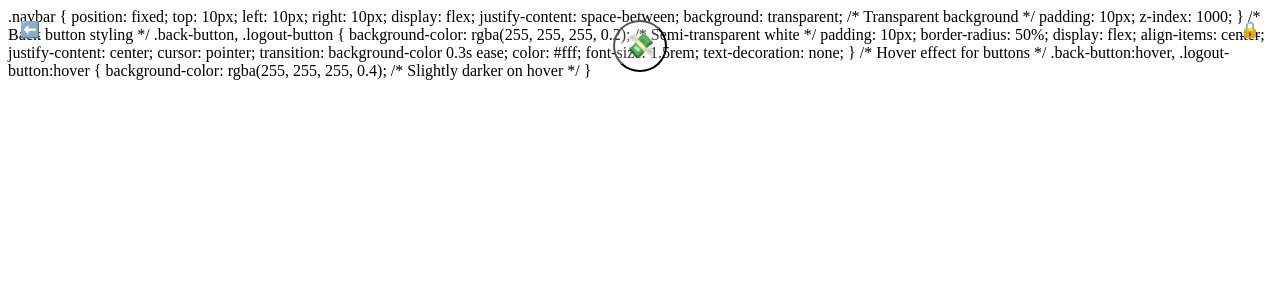
Repository: harutoNaiz/urban-mobility-system
Page: templates/navbar.html
The author's editor kept a copy of each file at every save. The page is drawn from the files as they stood at one save, then again after the next save.
The browser window is 1280 px wide. The pictures show the whole page.
The page is served by the project's application, run on Flask 3 (app.py). The template is opened directly, without the code that normally fills it, so the values that code supplies are empty.

Above is the page before, as saved 2024-11-13 21:55:03.

### templates/navbar.html
<nav class="navbar">
    <a href="javascript:history.back()" class="back-button">⬅️</a>
    <div class="payment-dropdown">
        <button class="payment-button">💸</button>
        <div class="payment-list">
            {% if payments %}
                {% for payment in payments %}
                    <div class="payment-item">
                        <span>{{ payment.PaymentDate.strftime('%Y-%m-%d') }}: </span>
                        <span>{{ payment.Amount }} {{ payment.PaymentMethod }}</span>
                    </div>
                {% endfor %}
            {% else %}
                <div class="payment-item">No payments yet.</div>
            {% endif %}
        </div>
    </div>
    <a href="{{ url_for('logout') }}" class="logout-button">🔒</a>
</nav>

<style>
    .navbar {
        position: fixed;
        top: 10px;
        left: 10px;
        right: 10px;
        display: flex;
        justify-content: space-between;
        background: transparent; /* Transparent background */
        padding: 10px;
        z-index: 1000;
    }

    .payment-dropdown {
        position: relative;
        display: inline-block;
    }

    .payment-button {
        background-color: rgba(255, 255, 255, 0.2);
        padding: 10px;
        border-radius: 50%;
        color: #fff;
        font-size: 1.5rem;
        cursor: pointer;
        transition: background-color 0.3s ease;
    }

    .payment-button:hover {
        background-color: rgba(255, 255, 255, 0.4);
    }

    .payment-list {
        display: none;
        position: absolute;
        top: 40px;
        right: 0;
        background-color: #fff;
        color: #000;
        min-width: 200px;
        padding: 10px;
        border-radius: 8px;
        box-shadow: 0 8px 16px rgba(0, 0, 0, 0.2);
        z-index: 1000;
    }

    .payment-dropdown:hover .payment-list {
        display: block;
    }

    .payment-item {
        padding: 5px 0;
        border-bottom: 1px solid #ddd;
    }

    .payment-item:last-child {
        border-bottom: none;
    }
</style>



.navbar {
    position: fixed;
    top: 10px;
    left: 10px;
    right: 10px;
    display: flex;
    justify-content: space-between;
    background: transparent; /* Transparent background */
    padding: 10px;
    z-index: 1000;
}

/* Back button styling */
.back-button, .logout-button {
    background-color: rgba(255, 255, 255, 0.2); /* Semi-transparent white */
    padding: 10px;
    border-radius: 50%;
    display: flex;
    align-items: center;
    justify-content: center;
    cursor: pointer;
    transition: background-color 0.3s ease;
    color: #fff;
    font-size: 1.5rem;
    text-decoration: none;
}

/* Hover effect for buttons */
.back-button:hover, .logout-button:hover {
    background-color: rgba(255, 255, 255, 0.4); /* Slightly darker on hover */
}

### app.py
from flask import Flask, render_template, request, redirect, url_for, jsonify, session
import pymysql
import json

# Import database config
# config.py
DB_CONFIG = {
    'host': 'localhost',
    'user': 'root',
    'password': '',
    'db': 'urban_mobility1',
    'charset': 'utf8mb4',
    'cursorclass': pymysql.cursors.DictCursor
}

app = Flask(__name__)
app.secret_key = 'your_secret_key'  # Set a secret key for the session

# Connect to the MySQL database
def get_db_connection():
    return pymysql.connect(**DB_CONFIG)

@app.context_processor
def inject_payments():
    user_id = session.get('user_id')
    payments = []
    if user_id:
        connection = get_db_connection()
        with connection.cursor() as cursor:
            cursor.execute("""
                SELECT Amount, PaymentDate, PaymentMethod
                FROM Payments
                WHERE UserID = %s
                ORDER BY PaymentDate DESC
                LIMIT 5
            """, (user_id,))
            payments = cursor.fetchall()
        connection.close()
    return {'payments': payments}


@app.route('/')
def index():
    return redirect(url_for('sign_in'))

# Sign-in page for existing users
@app.route('/sign_in', methods=['GET', 'POST'])
def sign_in():
    if request.method == 'POST':
        email = request.form['email']
        password = request.form['password']
        connection = get_db_connection()
        with connection.cursor() as cursor:
            cursor.execute("""
                SELECT * FROM Users
                WHERE JSON_UNQUOTE(JSON_EXTRACT(ContactInfo, '$.Email')) = %s
                AND Password = %s
            """, (email, password))

            user = cursor.fetchone()
        connection.close()

        if user:
            # Store the user ID in the session
            session['user_id'] = user['UserID']
            # Redirect to route selection page
            return redirect(url_for('select_route'))
        else:
            return "User not found", 404

    return render_template('sign_in.html')

# Register a new user
@app.route('/register', methods=['GET', 'POST'])
def register_user():
    if request.method == 'POST':
        name = request.form['name']
        phone = request.form['phone']
        email = request.form['email']
        password = request.form['password']
        preferred_transport = request.form['preferred_transport']

        # Create ContactInfo JSON
        contact_info = json.dumps({
            'Phone': phone,
            'Email': email
        })

        connection = get_db_connection()
        with connection.cursor() as cursor:
            sql = "INSERT INTO Users (Name, ContactInfo, PreferredTransportMode, Password) VALUES (%s, %s, %s, %s)"
            cursor.execute(sql, (name, contact_info, preferred_transport, password))
            new_user_id = cursor.lastrowid
            connection.commit()
        connection.close()

        # Store the new user ID in the session
        session['user_id'] = new_user_id

        # Redirect to the route selection page
        return redirect(url_for('sign_in'))

    return render_template('register.html')

# Route selection with congestion suggestion
@app.route('/select_route', methods=['GET', 'POST'])
def select_route():
    # Get the user ID from the session
    user_id = session.get('user_id')

    if request.method == 'POST':
        route_id = request.form['route_id']

        # Check congestion level for the selected route
        connection = get_db_connection()
        with connection.cursor() as cursor:
            cursor.execute("SELECT CheckTrafficWarning(%s) AS traffic_warning", (route_id,))
            traffic_warning = cursor.fetchone()['traffic_warning']
        connection.close()

        if traffic_warning:##########################
            return render_template('congestion_warning.html', traffic_warning=traffic_warning, route_id=route_id, user_id=user_id)
        else:
            return redirect(url_for('suggest_routes', route_id=route_id, user_id=user_id))

    # Fetch available routes for user
    connection = get_db_connection()
    with connection.cursor() as cursor:
        cursor.execute("SELECT * FROM Routes")
        routes = cursor.fetchall()
    connection.close()

    return render_template('select_route.html', routes=routes, user_id=user_id)

# Handle budget input and show options
@app.route('/suggest_routes', methods=['POST'])
def suggest_routes():
    # Get the user ID from the session
    user_id = session.get('user_id')

    if not user_id:
        return jsonify({'message': 'User not authenticated.'}), 401

    budget = float(request.form['budget'])
    route_id = int(request.form['route_id'])

    connection = get_db_connection()
    with connection.cursor() as cursor:
        sql = """
        SELECT Journeys.JourneyID, Journeys.TransportModeID, MIN(JourneyCost) AS Cost
        FROM Journeys
        WHERE RouteID = %s
        AND JourneyCost <= %s
        GROUP BY Journeys.JourneyID, Journeys.TransportModeID
        ORDER BY Cost
        """

        cursor.execute(sql, (route_id, budget))  # Use %s placeholders for parameters
        suggested_routes = cursor.fetchall()
    connection.close()

    # return render_template('payment.html', suggested_routes=suggested_routes)
    return render_template('payment.html', suggested_routes=suggested_routes, user_id=user_id)

@app.route('/process_booking', methods=['POST'])
def process_booking():
    # Get the user ID from the session
    user_id = session.get('user_id')

    if not user_id:
        return jsonify({'message': 'User not authenticated.'}), 401

    transport_mode_id = int(request.form['transport_mode_id'])
    journey_cost = float(request.form['cost'])
    payment_method = request.form['payment_method']

    connection = get_db_connection()
    with connection.cursor() as cursor:
        # Check capacity
        cursor.execute("SELECT Capacity, CurrentOccupancy FROM TransportModes WHERE TransportModeID = %s", (transport_mode_id,))
        transport_mode = cursor.fetchone()

        if transport_mode['CurrentOccupancy'] < transport_mode['Capacity']:
            # Get RouteID based on TransportModeID and ensure JourneyCost fits within budget
            cursor.execute("""
            SELECT RouteID FROM Routes
            WHERE TransportModeID = %s
            """, (transport_mode_id,))
            route = cursor.fetchone()

            if route:
                route_id = route['RouteID']

                # Proceed with booking
                cursor.execute("""
                INSERT INTO Journeys (RouteID, StartTime, JourneyCost, TransportModeID)
                VALUES (%s, NOW(), %s, %s)
                """, (route_id, journey_cost, transport_mode_id))
                connection.commit()

                # Update occupancy
                cursor.execute("UPDATE TransportModes SET CurrentOccupancy = CurrentOccupancy + 1 WHERE TransportModeID = %s", (transport_mode_id,))
                connection.commit()

                # Record payment
                cursor.execute("""
                INSERT INTO Payments (UserID, ProviderID, Amount, PaymentDate, PaymentMethod, DiscountApplied)
                VALUES (%s, (SELECT ProviderID FROM TransportModes WHERE TransportModeID = %s), %s, NOW(), %s, 0)
                """, (user_id, transport_mode_id, journey_cost, payment_method))
                connection.commit()
            else:
                return jsonify({'message': 'Route not found.'}), 404
        else:
            return jsonify({'message': 'Capacity exceeded. Booking failed.'}), 400

    connection.close()
    return jsonify({'message': 'Booking and payment successful!'}), 200

@app.route('/logout')
def logout():
    session.pop('user_id', None)  # Remove user ID from session
    return redirect(url_for('sign_in'))  # Redirect to sign-in page


if __name__ == '__main__':
    app.run(debug=True)

After the next save:
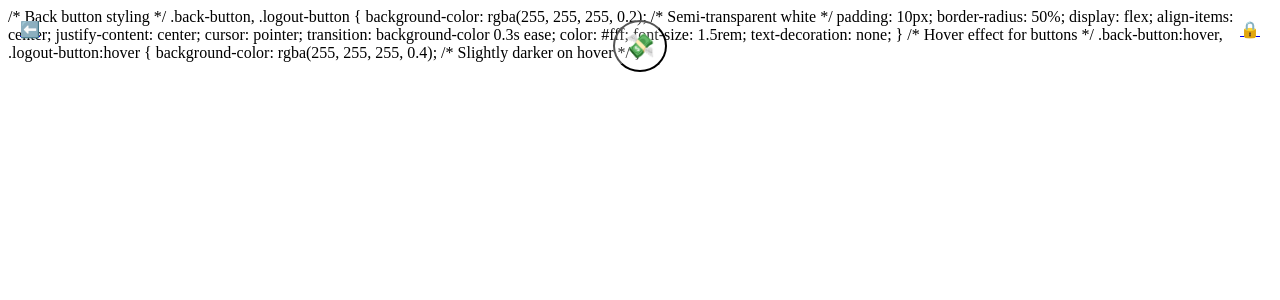
Saved 6 s later.
--- a/templates/navbar.html
+++ b/templates/navbar.html
@@ -80,17 +80,7 @@
 
 
 
-.navbar {
-    position: fixed;
-    top: 10px;
-    left: 10px;
-    right: 10px;
-    display: flex;
-    justify-content: space-between;
-    background: transparent; /* Transparent background */
-    padding: 10px;
-    z-index: 1000;
-}
+
 
 /* Back button styling */
 .back-button, .logout-button {
